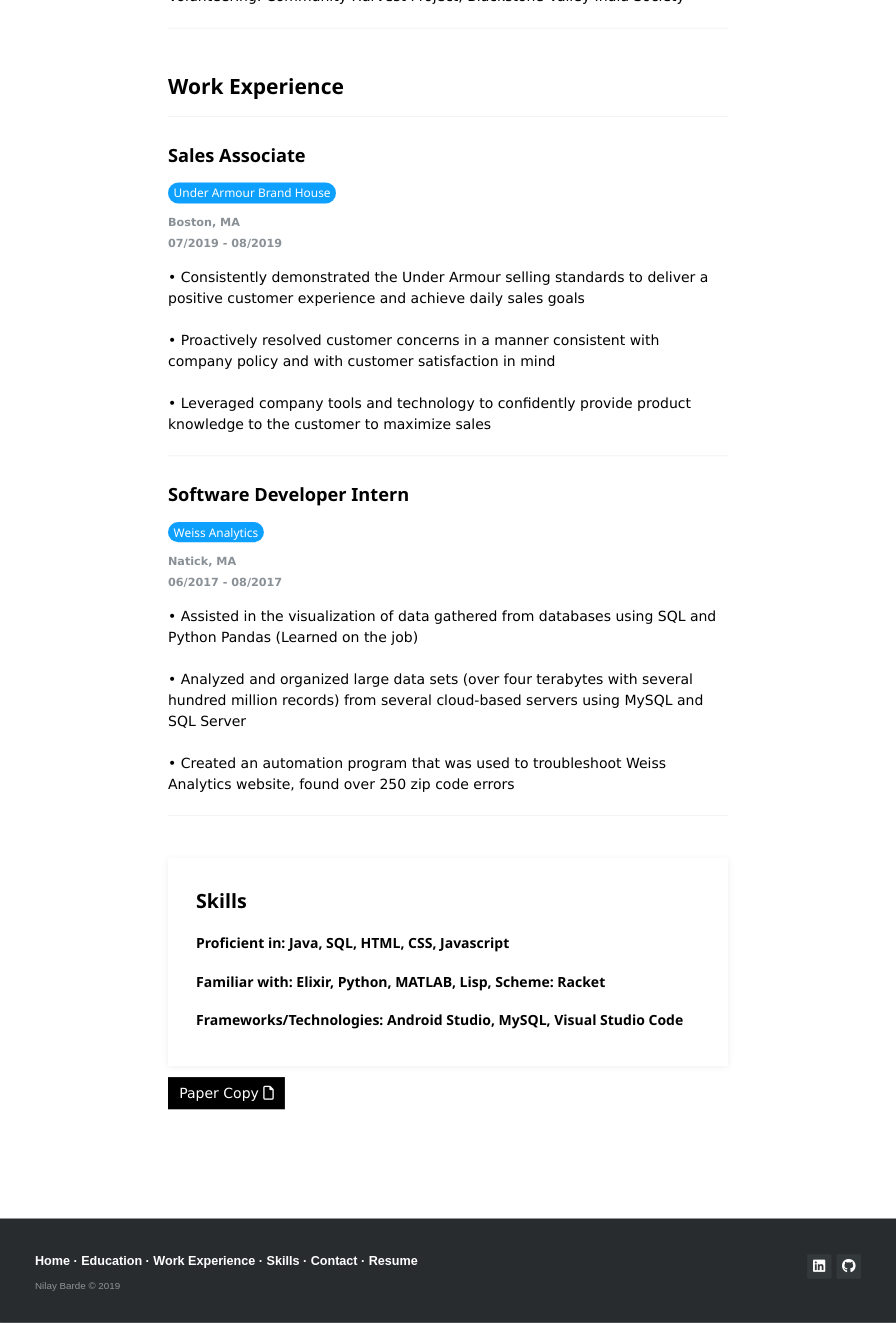
Repository: NilayBarde/Personal-Website
Page: cv.html
An editor plug-in stored every save of this project. The page is shown before and after the next save, followed by the edit.
The browser window is 1280 px wide. The pictures show the part of the page from y = 954 to 2874 px (the page is 2844 px tall before and 2874 px after), at 70% of full size.
Some web libraries are served in a nearby version.

Above is the page before, as saved 2019-09-26 14:04:05.

After the next save:
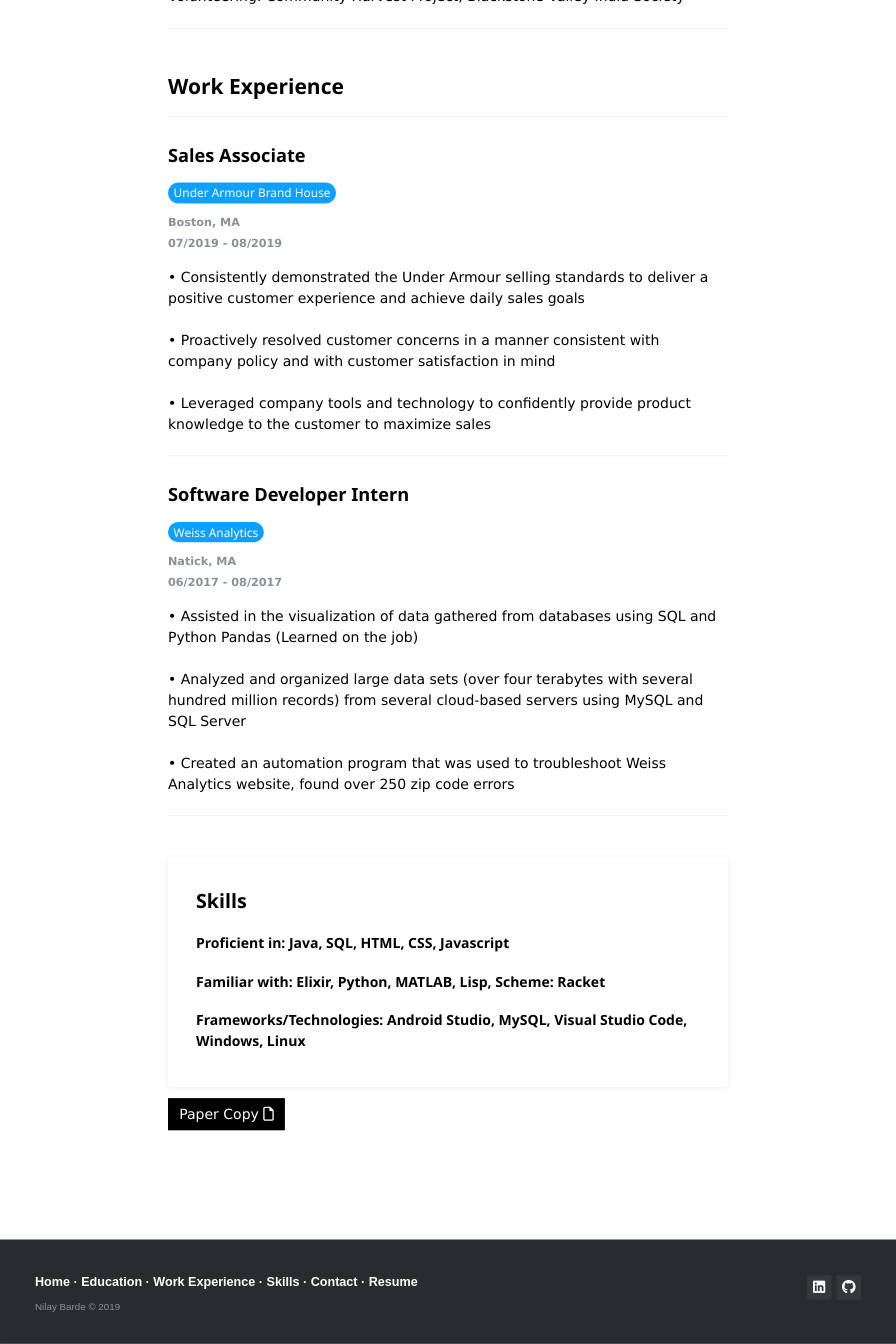
Saved 3 min 22 s later.
--- a/cv.html
+++ b/cv.html
@@ -116,7 +116,7 @@
                                 <h2>Skills</h2>
                                 <h3>Proficient in: Java, SQL, HTML, CSS, Javascript</h3>
                                 <h3>Familiar with: Elixir, Python, MATLAB, Lisp, Scheme: Racket</h3>
-                                <h3>Frameworks/Technologies: Android Studio, MySQL, Visual Studio Code</h3>
+                                <h3>Frameworks/Technologies: Android Studio, MySQL, Visual Studio Code, Windows, Linux</h3>
                             </div>
                         </div>
                     </div>
